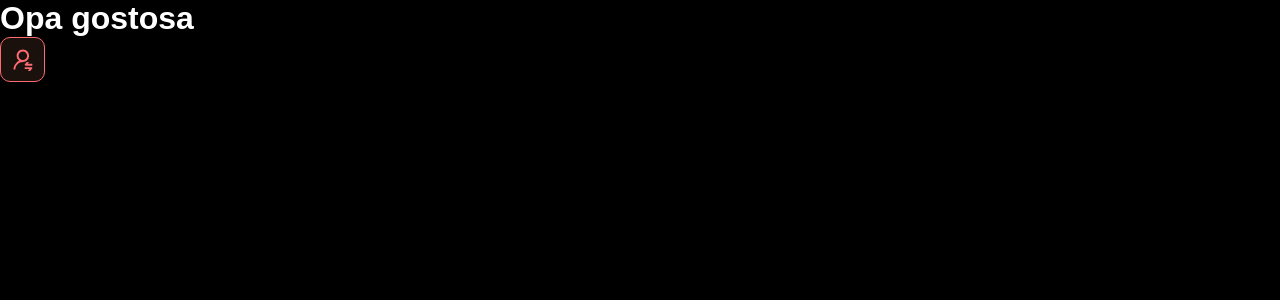
Repository: MatheusAlvesPereiraRosa/ds-meta
Page: / (app in frontend/)
These files come from the project's save history. The page is drawn as it stood at one moment and after the next save; the edit follows.
The browser window is 1280 px wide. The pictures show the whole page.
The project was rebuilt for these pictures with package versions that can differ from the ones it lists, and the page was loaded fresh each time. Also part of the build but not shown: frontend/vite.config.ts.

Above is the page before, as saved 2022-09-08 17:39:58.

After the next save:
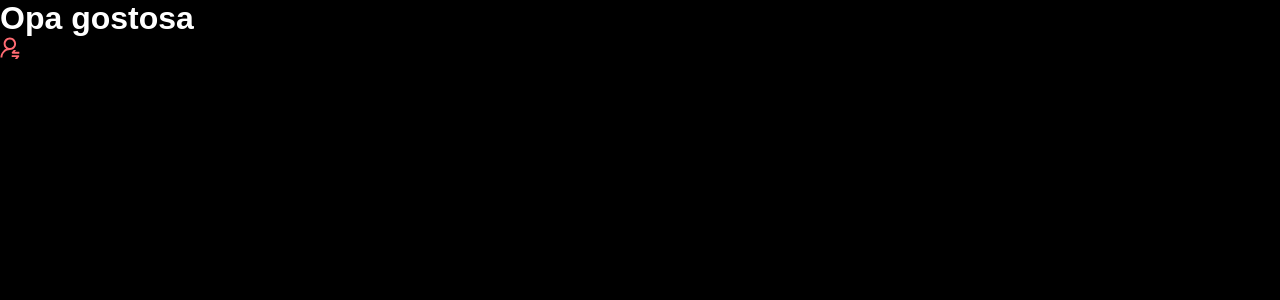
Saved 1 s later.
--- a/frontend/src/index.css
+++ b/frontend/src/index.css
@@ -148,18 +148,6 @@ a, a:hover, a:visited {
     }
 }
 
-.dsmeta-red-btn {
-    height: 45px;
-    width: 45px;
-    background-color: rgba(255, 167, 114, 0.1);
-    border: 1px solid #ff6b72;
-    border-radius: 10px;
-    display: flex;
-    align-items: center;
-    justify-content: center;
-    cursor: pointer;
-}
-
 .dsmeta-form-control-container {
     margin-bottom: 20px;
 }
